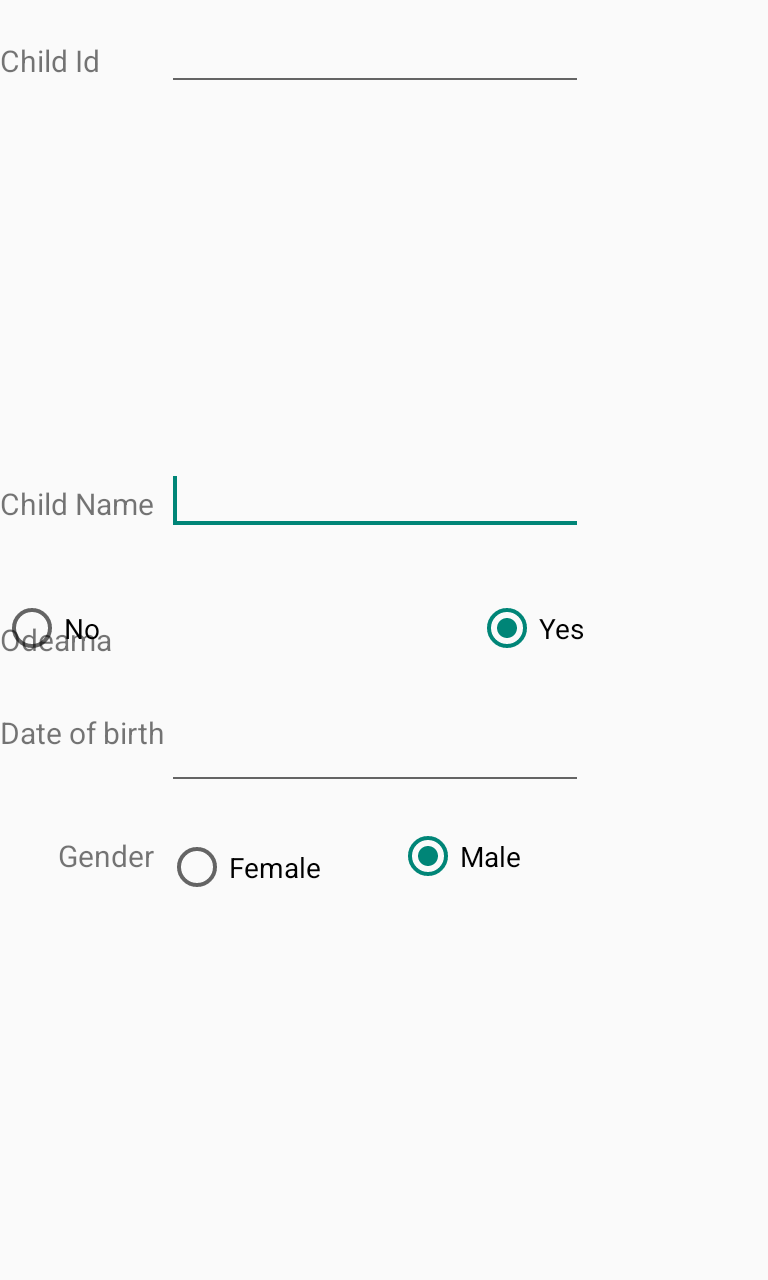
Repository: Team-7/hopeworldwide
Layout: workspace/HopeWWdatabase/res/layout/activity_main.xml
These files come from the project's save history. The layout is drawn as it stood at one moment and after the next save; the edit follows.
It is drawn on a 768 x 1280 px phone screen (xhdpi) without system bars, with theme AppTheme; the app's code is not run.

Above is the layout before, as saved 2014-04-10 09:23:45.

### workspace/HopeWWdatabase/res/layout/activity_main.xml
<FrameLayout xmlns:android="http://schemas.android.com/apk/res/android"
    xmlns:tools="http://schemas.android.com/tools"
    android:id="@+id/container"
    android:layout_width="match_parent"
    android:layout_height="match_parent"
    tools:context="com.dhliwayok.hopewwdatabase.MainActivity"
    tools:ignore="MergeRootFrame" >

    <RelativeLayout
        android:layout_width="match_parent"
        android:layout_height="match_parent" >

        <TextView
            android:id="@+id/textView1"
            android:layout_width="wrap_content"
            android:layout_height="wrap_content"
            android:layout_alignParentLeft="true"
            android:layout_alignParentTop="true"
            android:layout_marginTop="20dp"
            android:text="Child Id"
            android:textSize="15sp" />

        <EditText
            android:id="@+id/editText1"
            android:layout_width="wrap_content"
            android:layout_height="wrap_content"
            android:layout_alignBaseline="@+id/textView1"
            android:layout_alignBottom="@+id/textView1"
            android:layout_toRightOf="@+id/textView4"
            android:ems="10"
            android:inputType="number" />

        <RadioGroup
            android:id="@+id/radioOdeama"
            android:layout_width="wrap_content"
            android:layout_height="wrap_content" >
        </RadioGroup>

        <EditText
            android:id="@+id/editText3"
            android:layout_width="wrap_content"
            android:layout_height="wrap_content"
            android:layout_alignLeft="@+id/editText2"
            android:layout_alignTop="@+id/textView4"
            android:ems="10"
            android:inputType="date" />

        <RadioGroup
            android:id="@+id/radioGender"
            android:layout_width="wrap_content"
            android:layout_height="wrap_content" >
        </RadioGroup>

        <TextView
            android:id="@+id/textView3"
            android:layout_width="wrap_content"
            android:layout_height="wrap_content"
            android:layout_alignParentLeft="true"
            android:layout_centerVertical="true"
            android:text="Odeama"
            android:textSize="15sp" />

        <TextView
            android:id="@+id/textView4"
            android:layout_width="wrap_content"
            android:layout_height="wrap_content"
            android:layout_alignParentLeft="true"
            android:layout_below="@+id/textView3"
            android:layout_marginTop="26dp"
            android:text="Date of birth"
            android:textSize="15sp" />

        <TextView
            android:id="@+id/textView5"
            android:layout_width="wrap_content"
            android:layout_height="wrap_content"
            android:layout_alignRight="@+id/textView2"
            android:layout_below="@+id/editText3"
            android:layout_marginTop="20dp"
            android:text="Gender"
            android:textSize="15sp" />

        <RadioButton
            android:id="@+id/genderFemale"
            android:layout_width="wrap_content"
            android:layout_height="wrap_content"
            android:layout_alignLeft="@+id/editText3"
            android:layout_alignTop="@+id/textView5"
            android:text="Female" />

        <EditText
            android:id="@+id/editText2"
            android:layout_width="wrap_content"
            android:layout_height="wrap_content"
            android:layout_above="@+id/textView3"
            android:layout_marginBottom="40dp"
            android:layout_toRightOf="@+id/textView4"
            android:ems="10"
            android:inputType="textPersonName" >

            <requestFocus />
        </EditText>

        <TextView
            android:id="@+id/textView2"
            android:layout_width="wrap_content"
            android:layout_height="wrap_content"
            android:layout_alignBaseline="@+id/editText2"
            android:layout_alignBottom="@+id/editText2"
            android:layout_alignParentLeft="true"
            android:text="Child Name"
            android:textSize="15sp" />

        <RadioButton
            android:id="@+id/genderMale"
            android:layout_width="wrap_content"
            android:layout_height="wrap_content"
            android:layout_alignBottom="@+id/textView3"
            android:layout_alignRight="@+id/editText2"
            android:checked="true"
            android:text="Yes" />

        <RadioButton
            android:id="@+id/genderFemale"
            android:layout_width="wrap_content"
            android:layout_height="wrap_content"
            android:layout_alignBottom="@+id/textView3"
            android:layout_alignRight="@+id/genderFemale"
            android:text="No" />

        <RadioButton
            android:id="@+id/genderMale"
            android:layout_width="wrap_content"
            android:layout_height="wrap_content"
            android:layout_alignBaseline="@+id/textView5"
            android:layout_alignBottom="@+id/textView5"
            android:layout_alignRight="@+id/editText3"
            android:layout_marginRight="32dp"
            android:checked="true"
            android:text="Male" />

    </RelativeLayout>

</FrameLayout>

Loaded but not shown: workspace/HopeWWdatabase/res/values/styles.xml (common file); workspace/HopeWWdatabase/res/values-v11/styles.xml (common file); workspace/HopeWWdatabase/res/values-v14/styles.xml (common file)

After the next save:
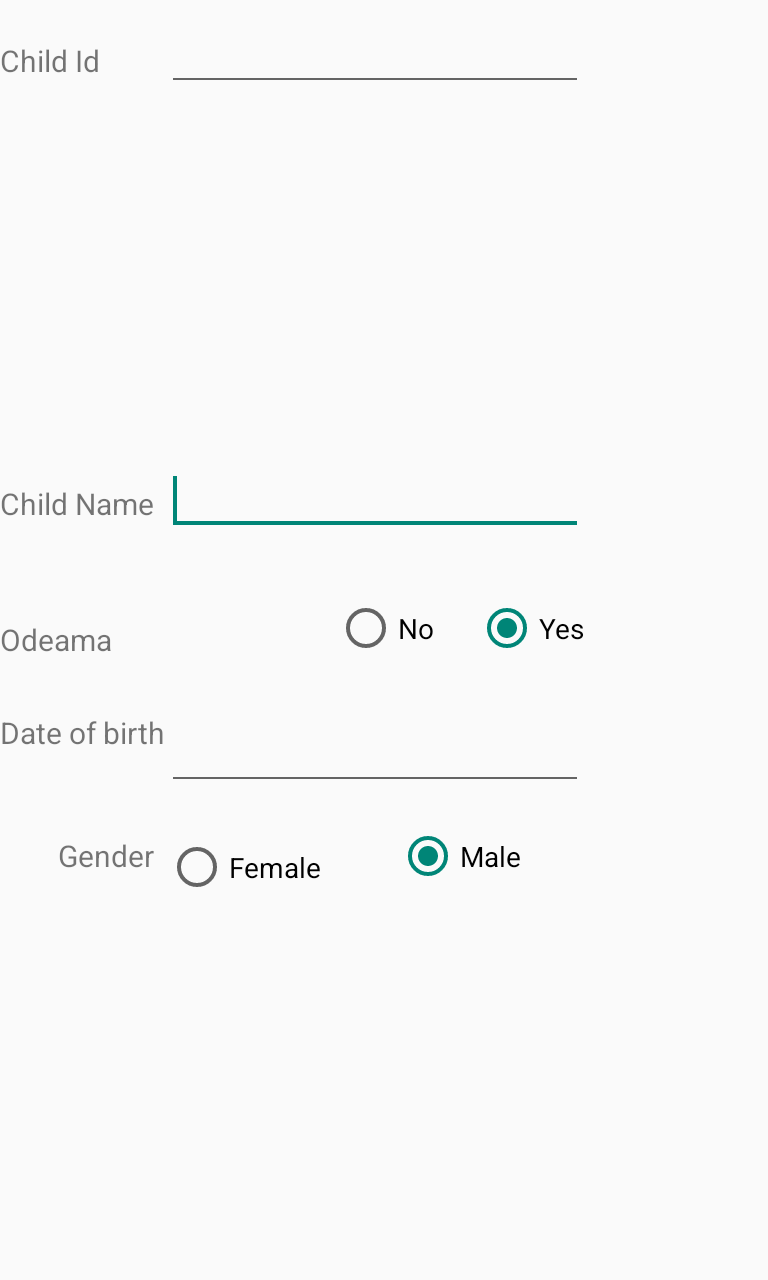
Saved 10 s later.
--- a/workspace/HopeWWdatabase/res/layout/activity_main.xml
+++ b/workspace/HopeWWdatabase/res/layout/activity_main.xml
@@ -121,14 +121,6 @@
             android:text="Yes" />
 
         <RadioButton
-            android:id="@+id/genderFemale"
-            android:layout_width="wrap_content"
-            android:layout_height="wrap_content"
-            android:layout_alignBottom="@+id/textView3"
-            android:layout_alignRight="@+id/genderFemale"
-            android:text="No" />
-
-        <RadioButton
             android:id="@+id/genderMale"
             android:layout_width="wrap_content"
             android:layout_height="wrap_content"
@@ -139,6 +131,14 @@
             android:checked="true"
             android:text="Male" />
 
+        <RadioButton
+            android:id="@+id/genderFemale"
+            android:layout_width="wrap_content"
+            android:layout_height="wrap_content"
+            android:layout_above="@+id/textView4"
+            android:layout_centerHorizontal="true"
+            android:text="No" />
+
     </RelativeLayout>
 
 </FrameLayout>
